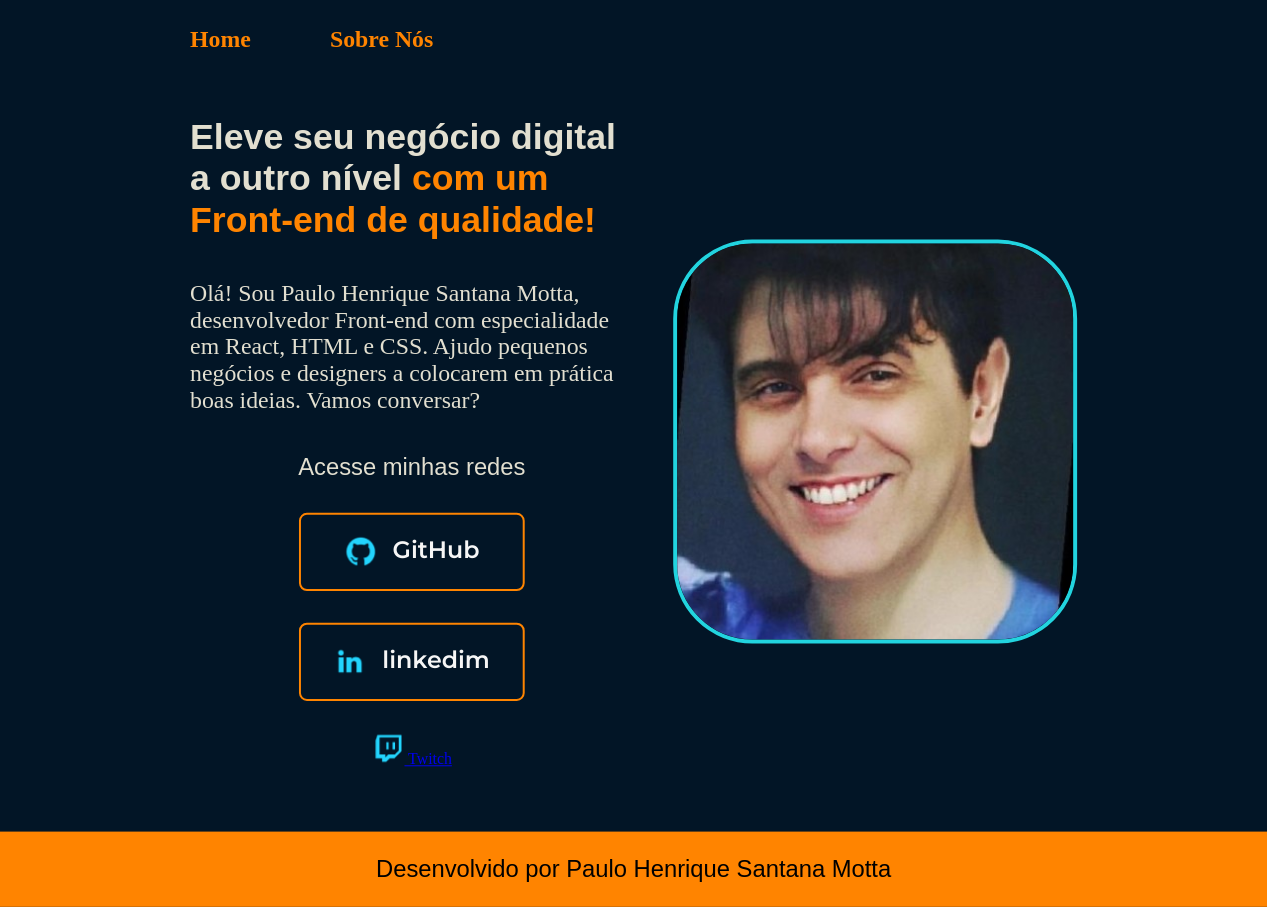
Repository: phsmottanerd/projeto-portfolio-alura
Page: index.html
The author's editor kept a copy of each file at every save. The page is drawn from the files as they stood at one save, then again after the next save.
The browser window is 1280 px wide. The pictures show the whole page, at 99% of full size.
Some web fonts or font styles are not loaded; a fallback is used.

Above is the page before, as saved 2025-01-30 01:25:26.

After the next save:
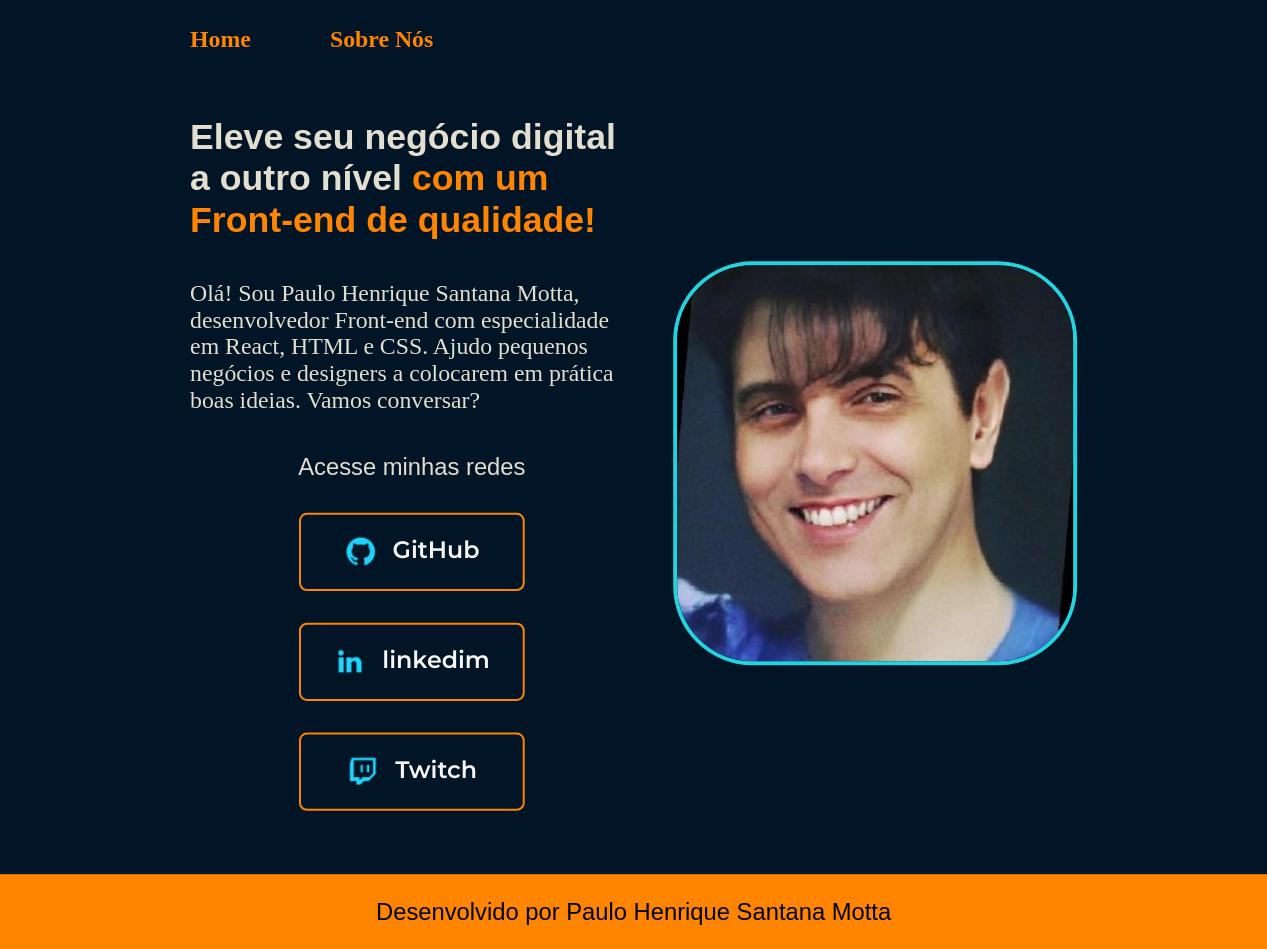
Saved 40 s later.
--- a/index.html
+++ b/index.html
@@ -44,7 +44,7 @@
             <img src="./img/linkedin.png" />
             linkedim
           </a>
-          <a class="apresentacao__links_navegacao" href="https://.com/phsmottanerd">
+          <a class="apresentacao__links__navegacao" href="https://.com/phsmottanerd">
             <img src="./img/twitch.png" />
             Twitch
           </a>
